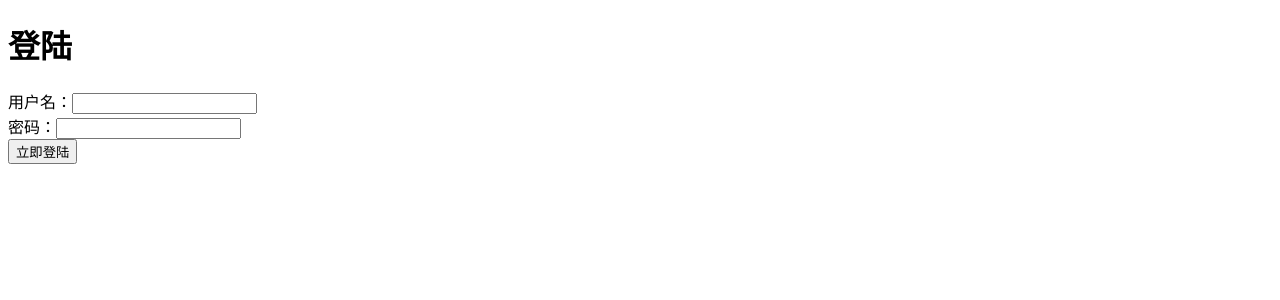
Repository: LTai123456/orl
Page: auth/src/main/resources/static/loginXX.html
The author's editor kept a copy of each file at every save. The page is drawn from the files as they stood at one save, then again after the next save.
The browser window is 1280 px wide. The pictures show the whole page.

Above is the page before, as saved 2019-12-25 02:31:33.

### auth/src/main/resources/static/loginXX.html
<!DOCTYPE html>
<html lang="en">
<head>
    <meta charset="UTF-8">
    <title>登陆</title>
</head>
<body>
<h1>登陆</h1>
<form method="post" action="/">
    <div>
        用户名：<input type="text" name="username">
    </div>
    <div>
        密码：<input type="password" name="password">
    </div>
    <div>
        <button type="submit">立即登陆</button>
    </div>
</form>
</body>
</html>

After the next save:
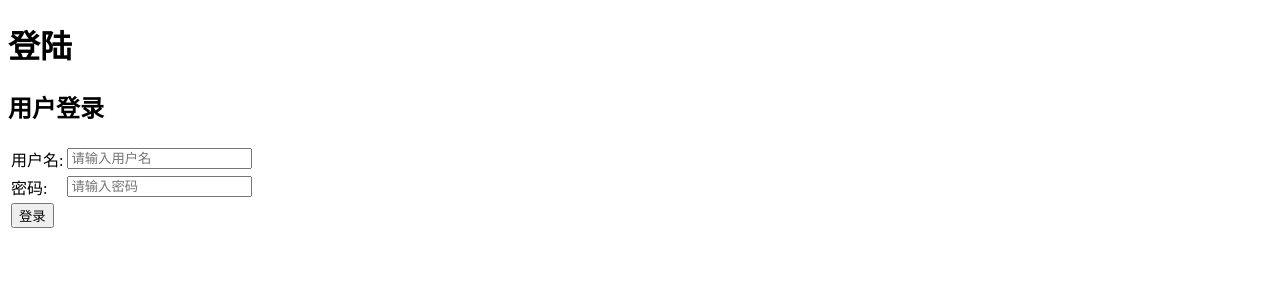
Saved 3 min 7 s later.
--- a/auth/src/main/resources/static/loginXX.html
+++ b/auth/src/main/resources/static/loginXX.html
@@ -6,16 +6,25 @@
 </head>
 <body>
 <h1>登陆</h1>
-<form method="post" action="/">
-    <div>
-        用户名：<input type="text" name="username">
-    </div>
-    <div>
-        密码：<input type="password" name="password">
-    </div>
-    <div>
-        <button type="submit">立即登陆</button>
-    </div>
-</form>
+
+<form  class="form-signin" action="/login/form" method="post">
+              <h2 class="form-signin-heading">用户登录</h2>
+            <table>
+                  <tr>
+                        <td>用户名:</td>
+                        <td><input type="text" name="username"  class="form-control"  placeholder="请输入用户名"/></td>
+                  </tr>
+                        <tr>
+                        <td>密码:</td>
+                        <td><input type="password" name="password"  class="form-control" placeholder="请输入密码" /></td>
+                  </tr>
+                  <tr>
+
+                        <td colspan="2">
+                              <button type="submit"  class="btn btn-lg btn-primary btn-block" >登录</button>
+                        </td>
+                  </tr>
+            </table>
+      </form>
 </body>
 </html>
